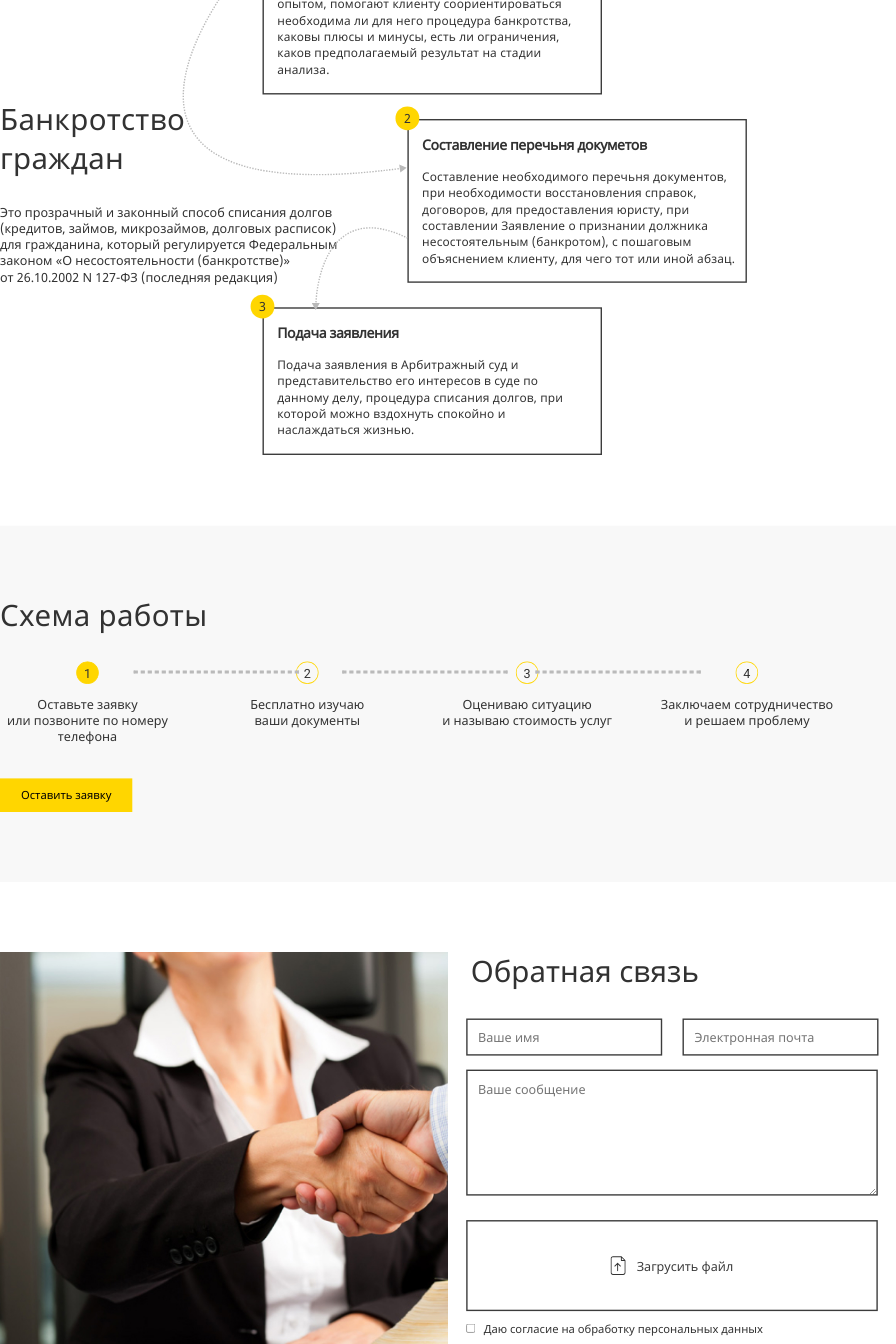
Repository: Nisovaki/antei
Page: http://localhost/
The author's editor kept a copy of each file at every save. The page is drawn from the files as they stood at one save, then again after the next save.
The browser window is 1280 px wide. The pictures show the part of the page from y = 3370 to 5290 px (the page is 6050 px tall), at 70% of full size.
The page is run by PHP 8.4 with error messages shown; the project is at /var/www/html/. Style sheets and scripts are compiled from the project's sources, by tool versions that may differ from the author's.

Above is the page before, as saved 2022-03-19 11:03:19.

After the next save:
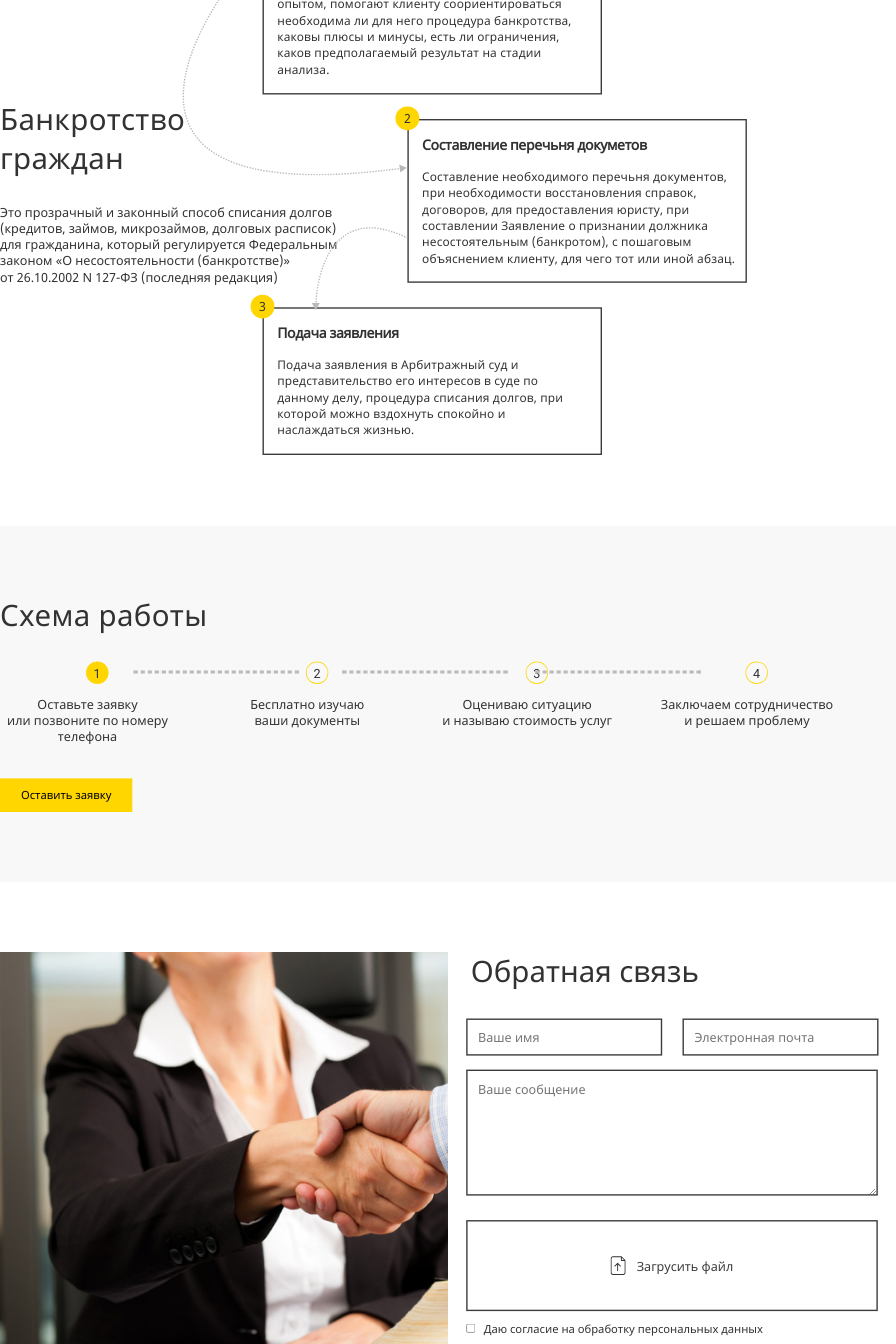
Saved 55 s later.
--- a/sass/block/_scheme.sass
+++ b/sass/block/_scheme.sass
@@ -21,7 +21,7 @@
             width: 13%
             height: 23%
             padding-top: 5px
-            margin: auto
+            margin-left: 49%
             font-family: "Roboto"
             border-radius: 50%
             border: 1px solid $btn-color
